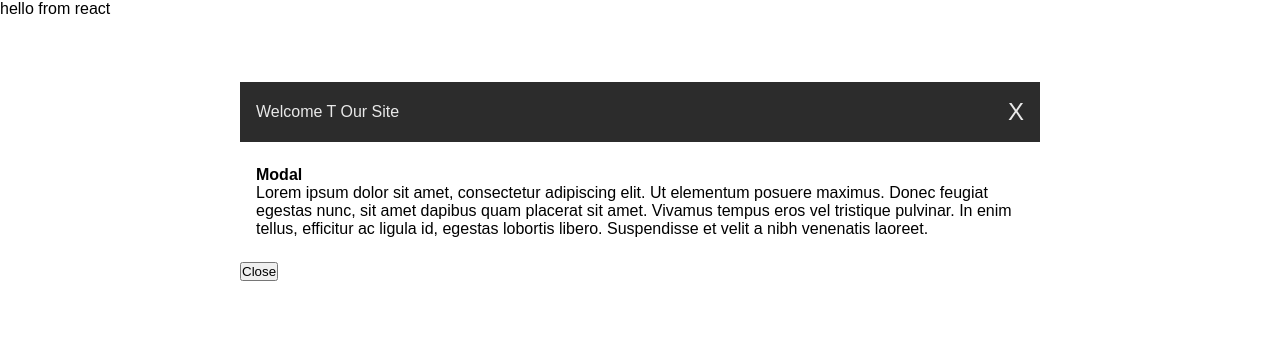
Repository: KrzysKolo/sr_tydzien5_zad1
Page: /
The author's editor kept a copy of each file at every save. The page is drawn from the files as they stood at one save, then again after the next save.
The browser window is 1280 px wide. The pictures show the whole page.
The project was rebuilt for these pictures with package versions that can differ from the ones it lists, and the page was loaded fresh each time.

Above is the page before, as saved 2020-12-18 13:42:38.

### src/App.js
import React from 'react';
import Modal from './components/modal/Modal'

function App() {
  return (
    <div className="App">
     hello from react
     <Modal />
    </div>
  );
}

export default App;

### src/components/modal/Modal.js
import React from 'react';
import { ModalHeader, ModalSection, ModalFooter } from './modalComponents/';
import './Modal.css';

const Modal = () => {
    return (
        <main className="modal-wrapper">
            <ModalHeader />
            <ModalSection />
            <ModalFooter />
        </main>
    )
}

export default Modal;

### src/components/modal/modalComponents/index.js
export { default as ModalHeader } from './ModalHeder';
export { default as ModalSection } from './ModalSection';
export { default as ModalFooter } from './ModalFooter';

### src/components/modal/Modal.css
* {
  margin: 0;
  padding: 0;
  box-sizing: border-box;
}
body {
  font-family: Arial, Helvetica, sans-serif;
}
.modal-wrapper {
  background-color: #fff;
  width: 80%;
  max-width: 800px;
  margin: 4rem auto;
}
.modal-header {
  background-color: #2c2c2c;
  color: #e9e9e9;
  padding: 1rem;
  display: flex;
  align-items: center;
  justify-content: space-between;
}
.modal-header span {
  font-size: 1.5rem;
  cursor: pointer;
}
.modal-content {
  padding: 1.5rem 1rem;
}

### src/components/modal/modalComponents/ModalHeder.js
import React from 'react';

const ModalHeder = () => {
    return (
        <header className="modal-header">
            <p>Welcome T Our Site</p>
            <span className="close-modal-btn">X</span>
        </header>
    )
}

export default ModalHeder;

### src/components/modal/modalComponents/ModalSection.js
import React from 'react';

const ModalSection = () => {
    return (
        <section className="modal-content">
            <div className="modal-body">
                <h4>Modal</h4>
                <p>
                Lorem ipsum dolor sit amet, consectetur adipiscing elit. Ut elementum posuere maximus. Donec feugiat egestas nunc, sit amet dapibus quam placerat sit amet. Vivamus tempus eros vel tristique pulvinar. In enim tellus, efficitur ac ligula id, egestas lobortis libero. Suspendisse et velit a nibh venenatis laoreet.
                </p>
            </div>
        </section>
    )
}

export default ModalSection;

### src/components/modal/modalComponents/ModalFooter.js
import React from 'react';

const ModalFooter = () => {
    return (
        <footer className="modal-footer">
            <button className="btn-cancel">Close</button>
        </footer>
    )
}

export default ModalFooter;

Loaded but not shown: public/index.html (common file); src/index.js (common file); src/index.css (common file)

After the next save:
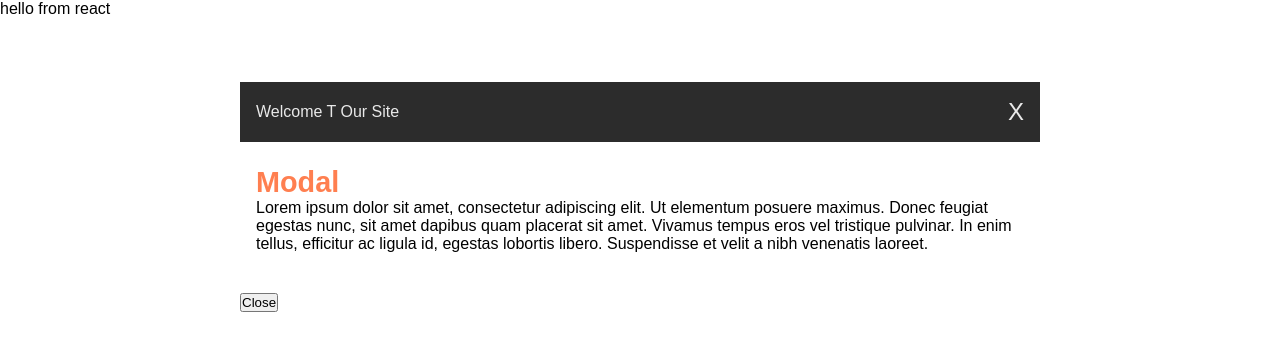
Saved 109 s later.
--- a/src/components/modal/Modal.css
+++ b/src/components/modal/Modal.css
@@ -27,3 +27,10 @@ body {
 .modal-content {
   padding: 1.5rem 1rem;
 }
+.modal-body {
+  margin-bottom: 1rem;
+}
+.modal-body h4 {
+  font-size: 1.8rem;
+  color: coral;
+}
